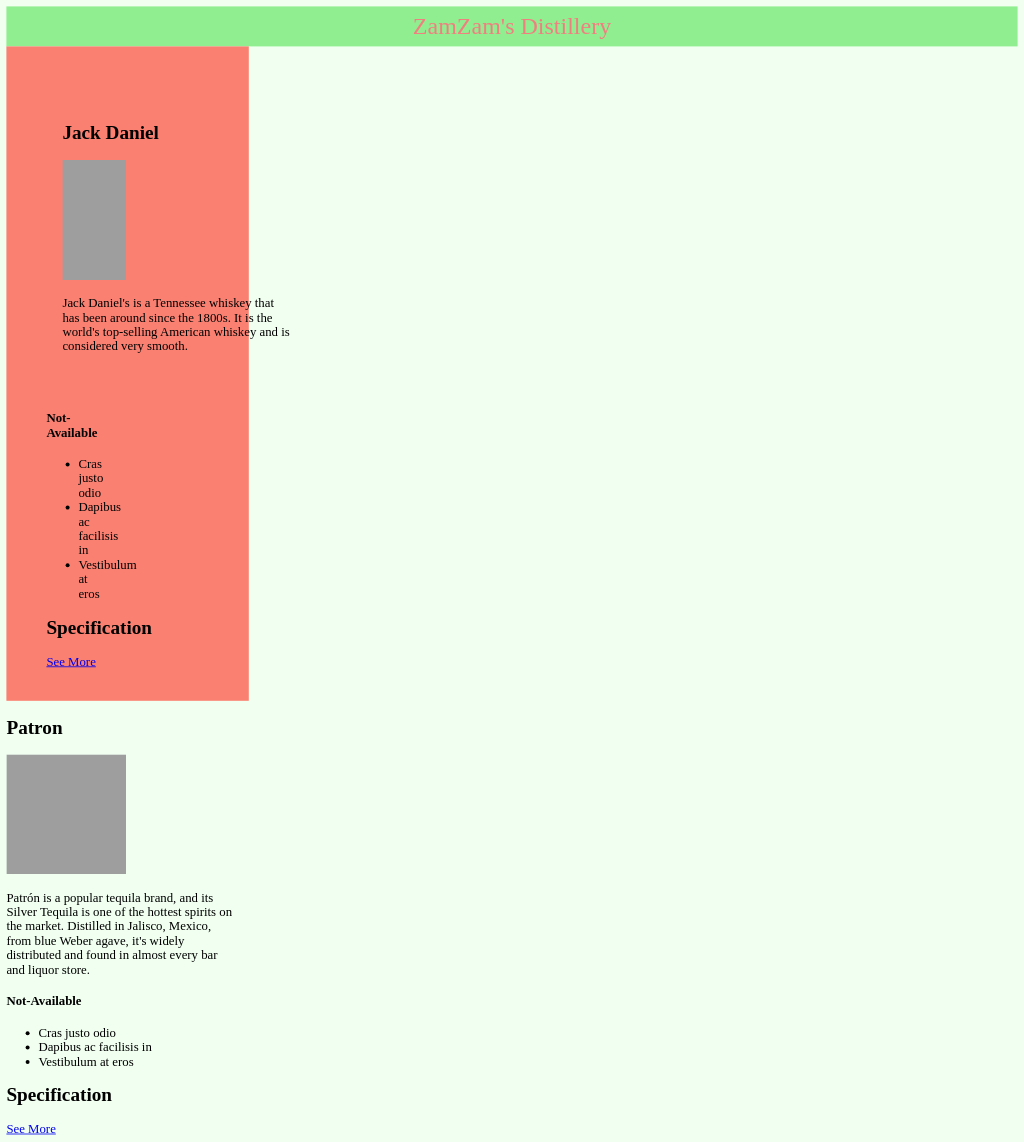
Repository: ZamlZam/REPO-11
Page: product-cards/index.html
The author's editor kept a copy of each file at every save. The page is drawn from the files as they stood at one save, then again after a run of saves.
The browser window is 1280 px wide. The pictures show the whole page, at 80% of full size.
Pictures or frames that could not be fetched are drawn as grey boxes.

Above is the page before, as saved 2023-04-14 17:20:56.

### product-cards/index.html
<!DOCTYPE html>
<html lang="en">
<head>
  <meta charset="UTF-8">
  <meta http-equiv="X-UA-Compatible" content="IE=edge">
  <meta name="viewport" content="width=device-width, initial-scale=1.0">
  <title>Document</title>
  <link rel="stylesheet" href="main.css">
</head>
<body>

  <div class ="wrapper">
    <div class="header"> ZamZam's Distillery</div>

  <div class="card-wrap">
    <div class="card-item">
    <div class="card1" style="width: 18rem;">
      <h2 class="whiskey">Jack Daniel</h2>
     <img src="https://www.finewinedelivery.co.nz/content/products/original/16561.jpg?width=1136" height = "150px" width="150px" alt="">
    <div class="card-body">

      <p class="card-text">Jack Daniel's is a Tennessee whiskey that has been around since the 1800s. It is the world's top-selling American whiskey and is considered very smooth.</p>
    </div>
  </div>
    <h4 class="Available">Not-Available</h4>
    <ul class="list-group list-group-flush">
      <li class="list-group-item">Cras justo odio</li>
      <li class="list-group-item">Dapibus ac facilisis in</li>
      <li class="list-group-item">Vestibulum at eros</li>
    </ul>
    <h2 class="specification">Specification</h2>
    <div class="card-body">
      <a href="#" class="btn btn-primary">See More</a>

    </div>
  </div>
  </div>
  </div>

  <div class="card-wrap2">
    <div class="card-item">
    <div class="card2" style="width: 18rem;">
      <h2 class="tequila">Patron</h2>
     <img src="https://th.bing.com/th/id/OIP.omD1u9-5BvE0kcntTUyq4AHaGJ?pid=ImgDet&rs=1" height = "150px" width="150px" alt="">
    <div class="card-body">

      <p class="card-text">Patrón is a popular tequila brand, and its Silver Tequila is one of the hottest spirits on the market. Distilled in Jalisco, Mexico, from blue Weber agave, it's widely distributed and found in almost every bar and liquor store.</p>
    </div>
  </div>
    <h4 class="Available">Not-Available</h4>
    <ul class="list-group list-group-flush">
      <li class="list-group-item">Cras justo odio</li>
      <li class="list-group-item">Dapibus ac facilisis in</li>
      <li class="list-group-item">Vestibulum at eros</li>
    </ul>
    <h2 class="specification">Specification</h2>
    <div class="card-body">
      <a href="#" class="btn btn-primary">See More</a>

    </div>
  </div>
  </div>
</div>
</body>


</html>

### product-cards/main.css
body{
  background-color:honeydew;
}

.wrapper .header {
  width: 100%;
  height: 50px;
  background: lightgreen;
  color: lightcoral;
  text-align: center;
  align-items: center;
  font-size: 30px;
  display:flex;
  justify-content: center;
  font-weight:500;
}

.card-wrap {
  padding: 25px;
  background-color:salmon;
  width: 20%;
  height: 100%;
  display: flex;
  justify-content: space-between;
  flex-wrap: wrap;
}

.card-wrap .card-item {
  padding: 15px 25px;
  width: 25%;
}

.card-wrap .card1 {
  padding: 35px 20px;
  border-radius: 5px;
  min-width: 225px;
  min-height: 300px;
}

.card-wrap .card1 img{
  width:80px;
  height:
}

After the next 2 saves:
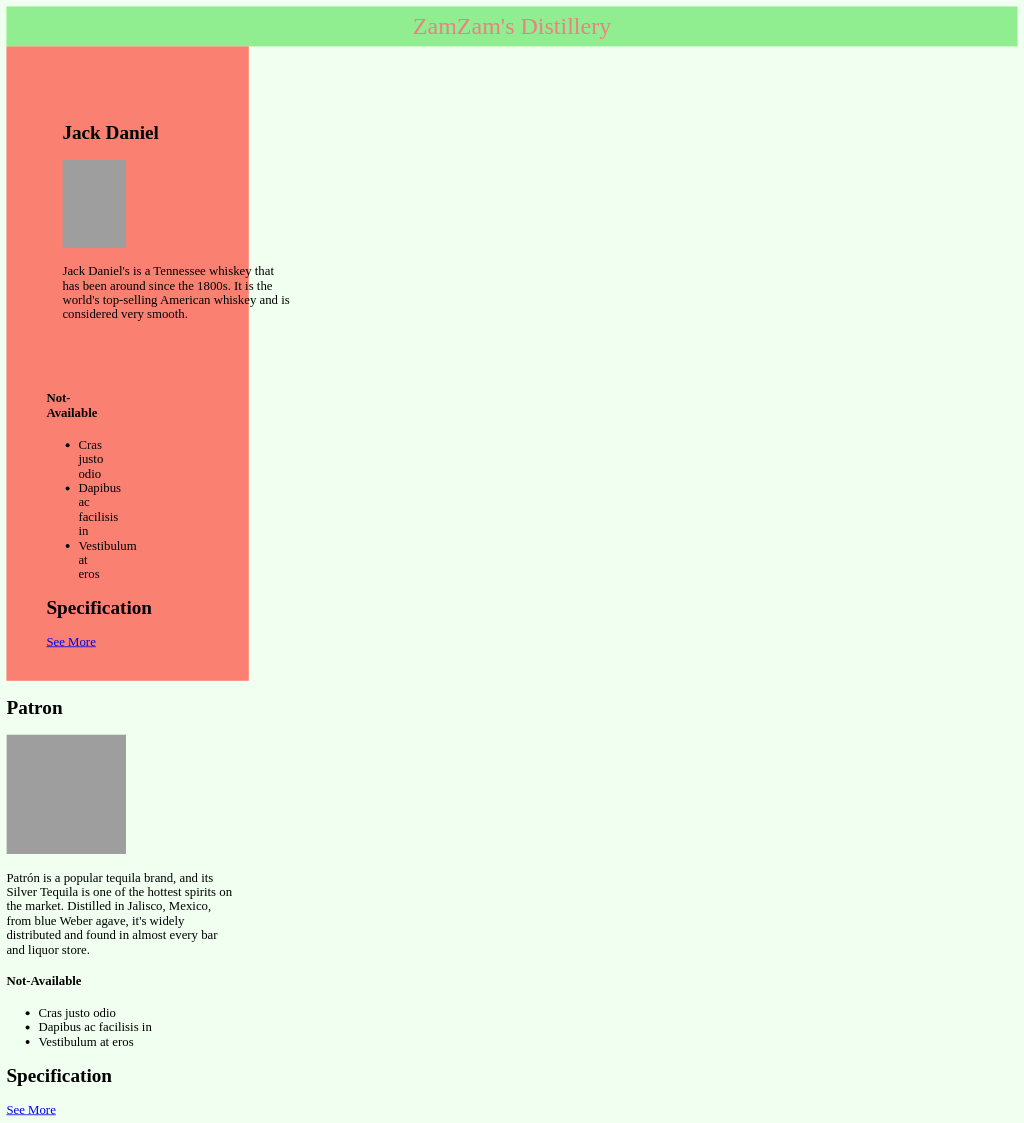
The 2 saves are shown as one change because they came seconds apart.
The last was saved 16 s later.
--- a/product-cards/main.css
+++ b/product-cards/main.css
@@ -39,5 +39,5 @@
 
 .card-wrap .card1 img{
   width:80px;
-  height:
+  height:110px
 }
